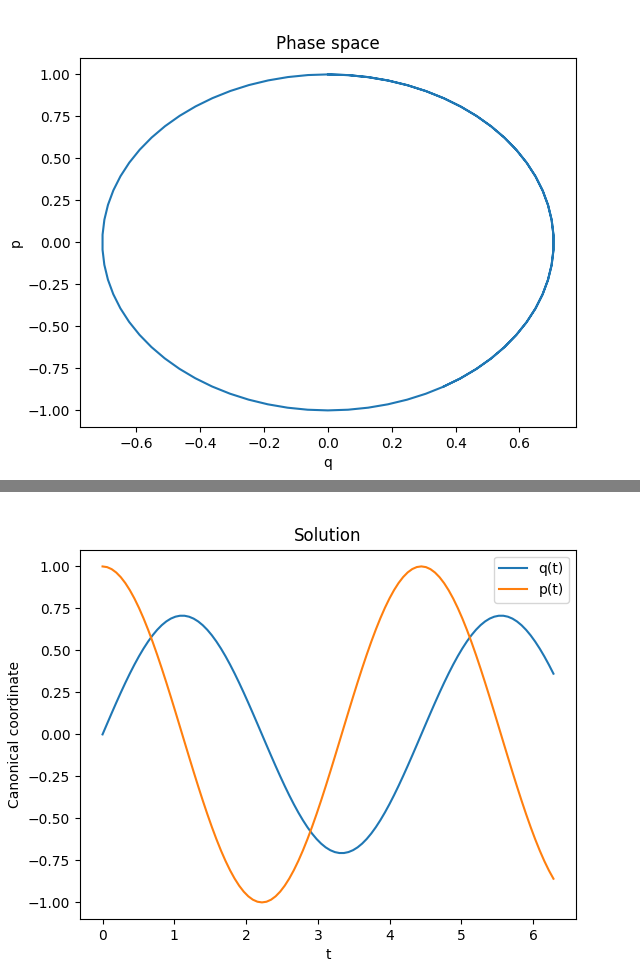
Repository: jearistiz/phys_simulation
Script's output: python simulation_API/simulation/demo_run_simulation.py
These files come from the project's save history. The script's output is drawn as it stood at one moment and after the next save; the edit follows.
Each picture stacks the figures in order, with grey between them; figures that are only written to a file come last. Random numbers start from a fixed seed.

Above is the script's output before, as saved 2020-09-13 14:35:36.

After the next save:
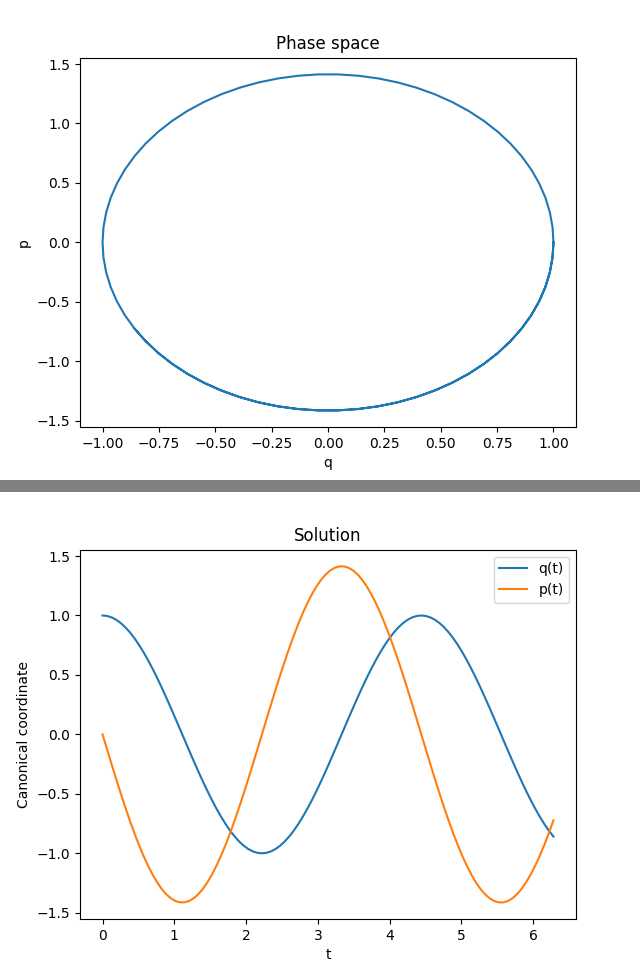
Saved 59 s later.
--- a/simulation_API/simulation/demo_run_simulation.py
+++ b/simulation_API/simulation/demo_run_simulation.py
@@ -8,7 +8,7 @@ n_steps = 100
 t_span = (0, 2 * np.pi)
 t_eval = np.linspace(t_span[0], t_span[-1], 100)
 m, k = 1, 2
-ini_cndtn = [0., 1.]
+ini_cndtn = [1., 0.]
 method = 'RK45'
 user_name = 'Juan'
 
